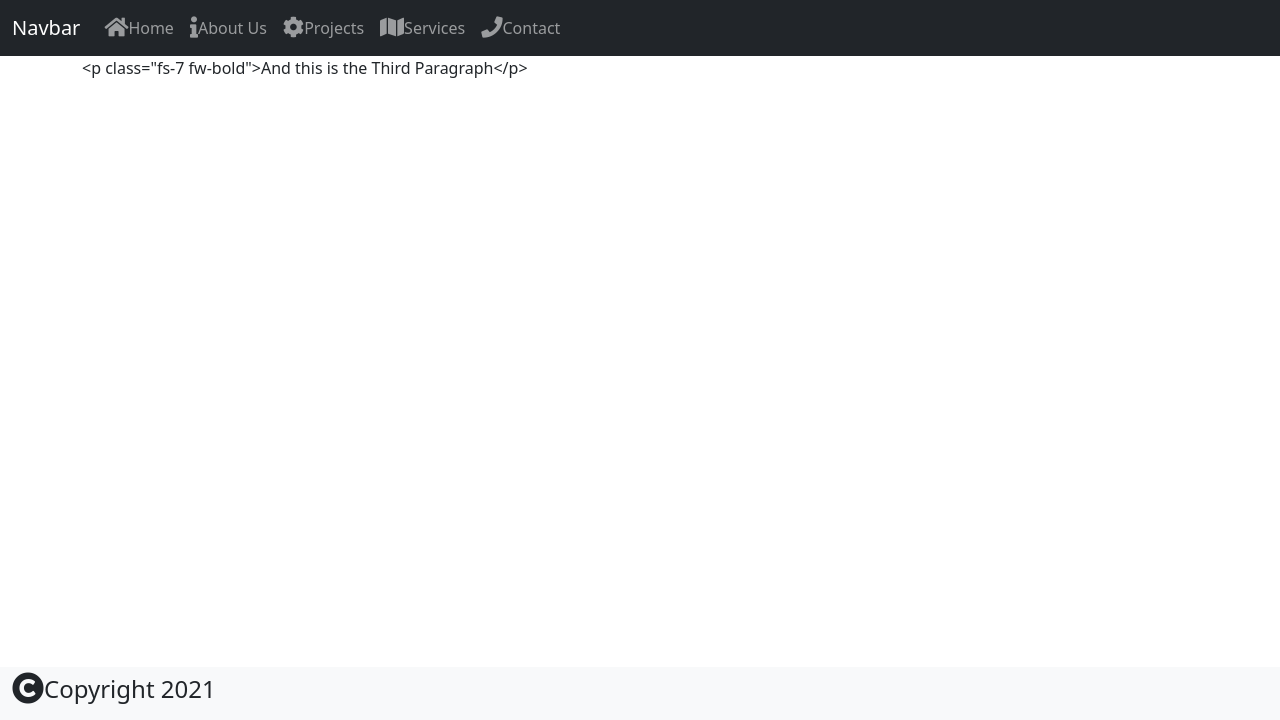
Repository: deividwsantoss/webd6201-W2021-ICE1
Page: Index.html
The author's editor kept a copy of each file at every save. The page is drawn from the files as they stood at one save, then again after the next save.
The browser window is 1280 px wide. The pictures show the whole page.

Above is the page before, as saved 2021-02-02 11:07:21.

After the next save:
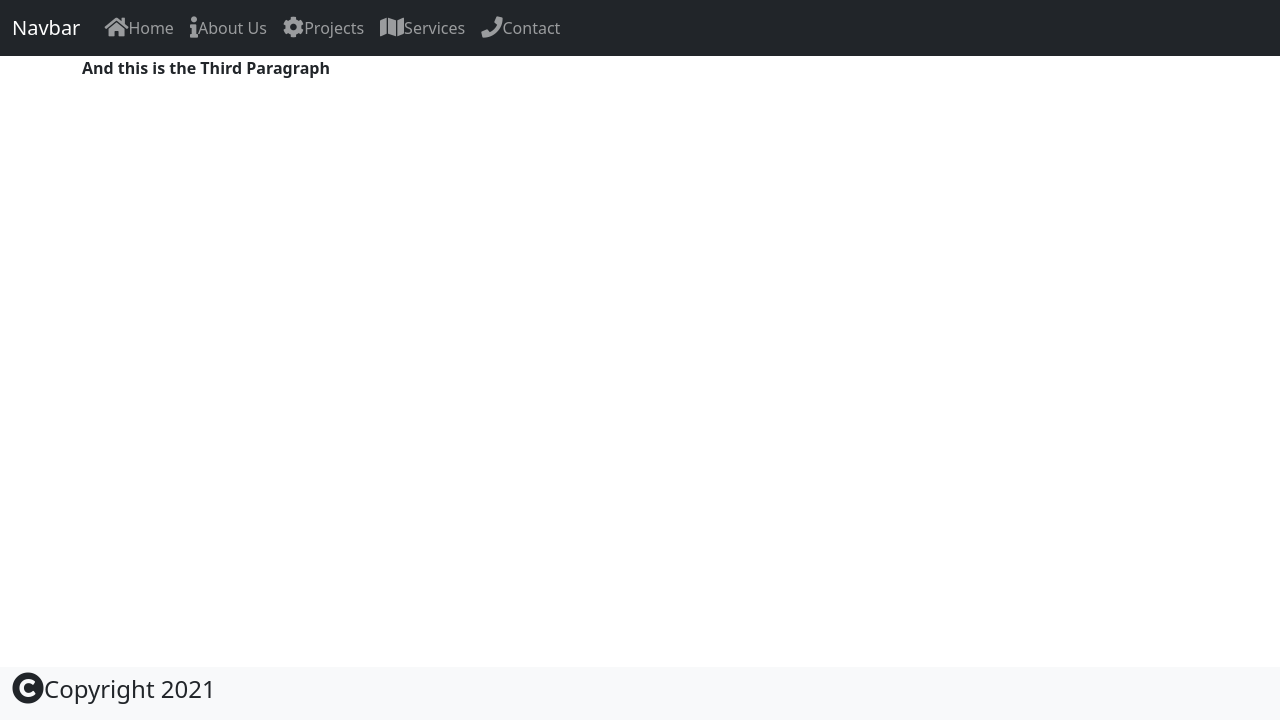
Saved 32 s later.
--- a/Scripts/app.js
+++ b/Scripts/app.js
@@ -38,7 +38,7 @@
 
         //Another way to insert
         let paragraphThree = `<p class="fs-7 fw-bold">And this is the Third Paragraph</p>`
-        mainContent.textContent = paragraphThree;
+        mainContent.innerHTML = paragraphThree;
 
 
 
